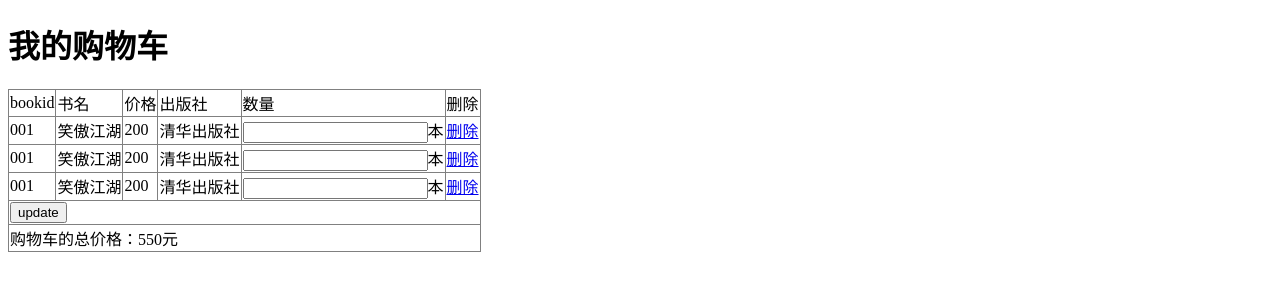
Repository: Elewei/learn-java
Page: http://localhost/shopcart/WEB-INF/showcart.jsp
The author's editor kept a copy of each file at every save. The page is drawn from the files as they stood at one save, then again after a run of saves.
The browser window is 1280 px wide. The pictures show the whole page.
The page is served by Tomcat 9. Nobody is signed in. The template is opened directly, without the code that normally fills it, so the values that code supplies are empty.

Above is the page before, as saved 2016-12-02 13:47:05.

After the next 2 saves:
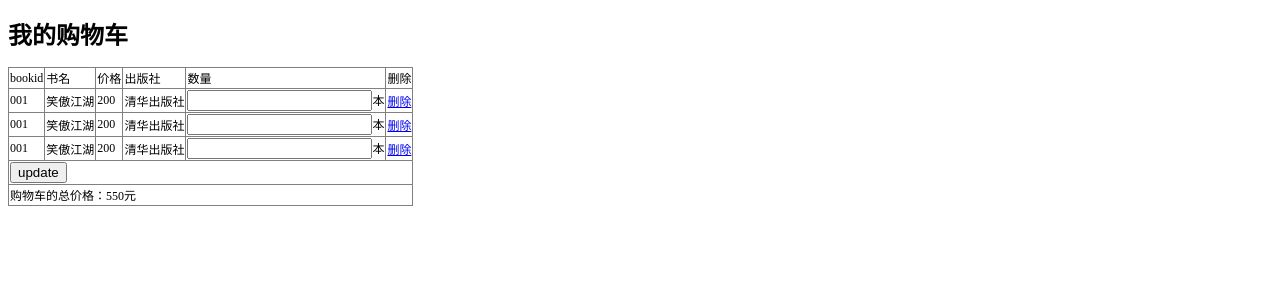
The 2 saves are shown as one change because they came seconds apart.
The last was saved 80 s later.
--- a/shopcart-system/shopcart/WebContent/WEB-INF/showcart.jsp
+++ b/shopcart-system/shopcart/WebContent/WEB-INF/showcart.jsp
@@ -5,6 +5,7 @@
 <head>
 <meta http-equiv="Content-Type" content="text/html; charset=UTF-8">
 <title>Insert title here</title>
+<link rel="stylesheet" type="text/css" href="css/commen.css" />
 </head>
 <body>
 	<h1>我的购物车</h1>
